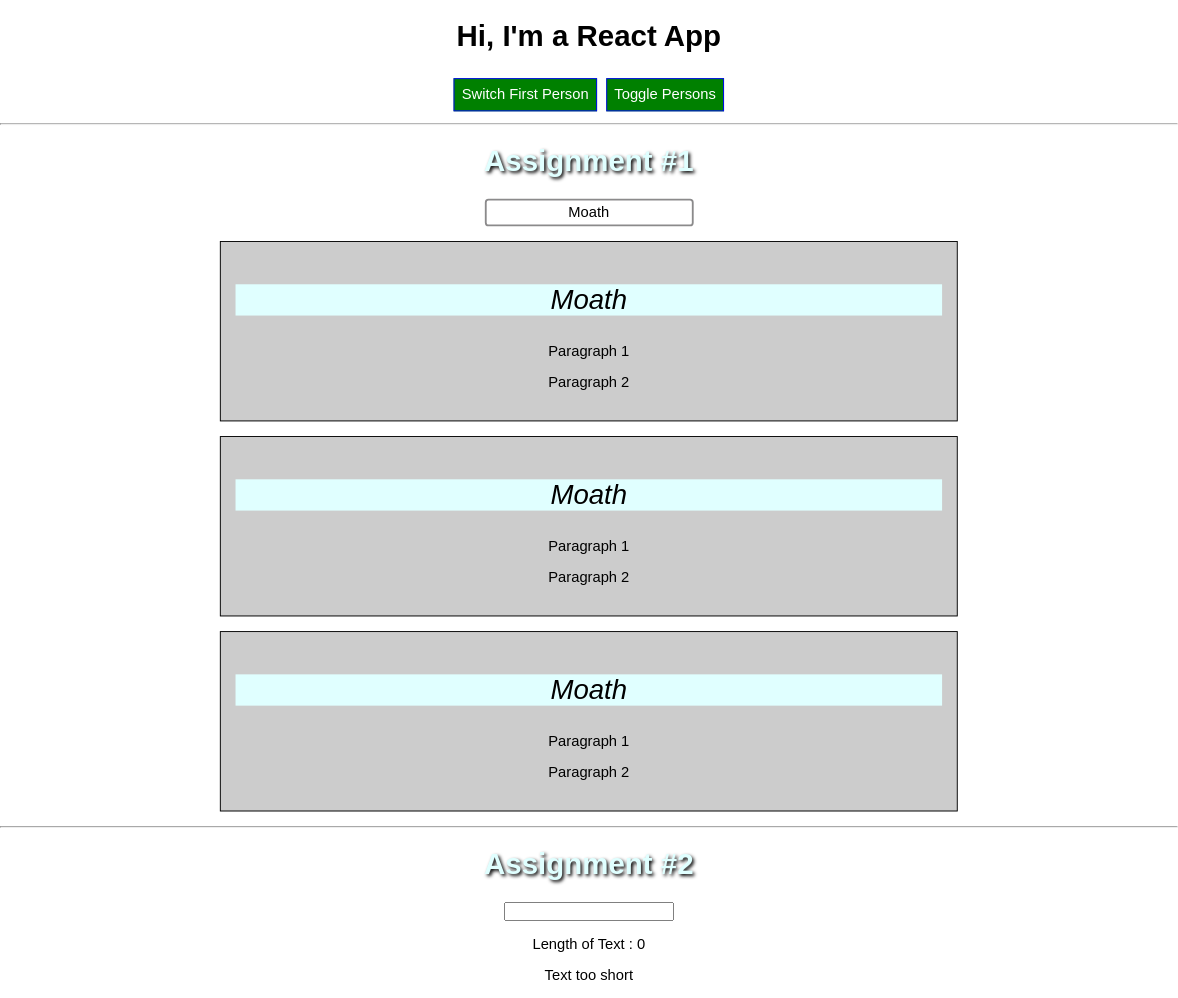
Repository: MuathYHKefayah/React-Basics
Page: /
These files come from the project's save history. The page is drawn as it stood at one moment and after the next save; the edit follows.
The browser window is 1280 px wide. The pictures show the whole page, at 92% of full size.
The project was rebuilt for these pictures with package versions that can differ from the ones it lists, and the page was loaded fresh each time. Also part of the build but not shown: src/CharComponent/CharComponent.js, src/Person/Person.css, src/Person/Person.js.

Above is the page before, as saved 2020-12-12 18:37:31.

After the next save:
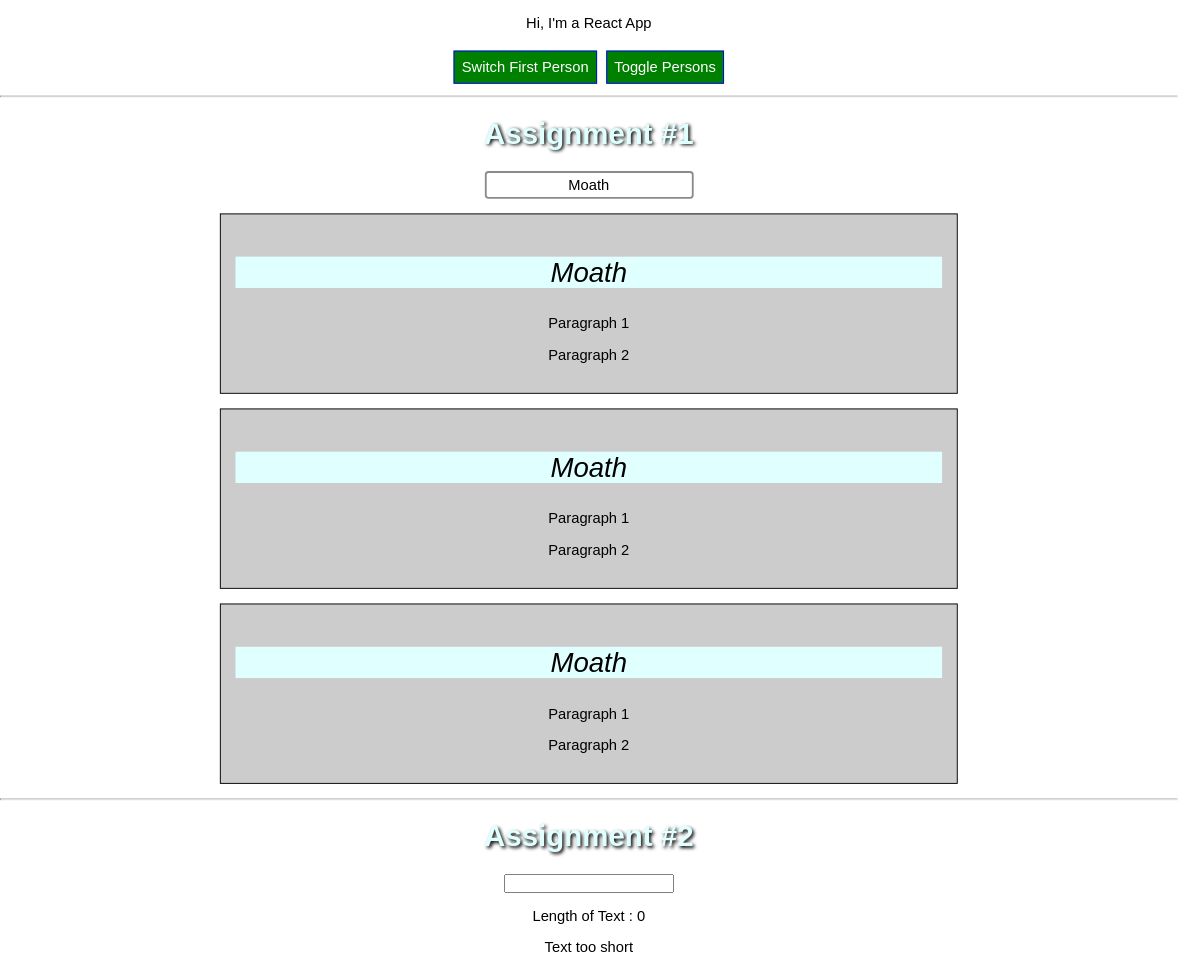
Saved 31 s later.
--- a/src/App.js
+++ b/src/App.js
@@ -147,7 +147,7 @@ class App extends Component {
     return (
       // jsx \\ write html code in js file
       <div className="App">
-        <h1 className={classes.join(' ')}>Hi, I'm a React App</h1>
+        <p className={classes.join(' ')}>Hi, I'm a React App</p>
         {
           this.state.persons.length > 0 ?
           <div>
